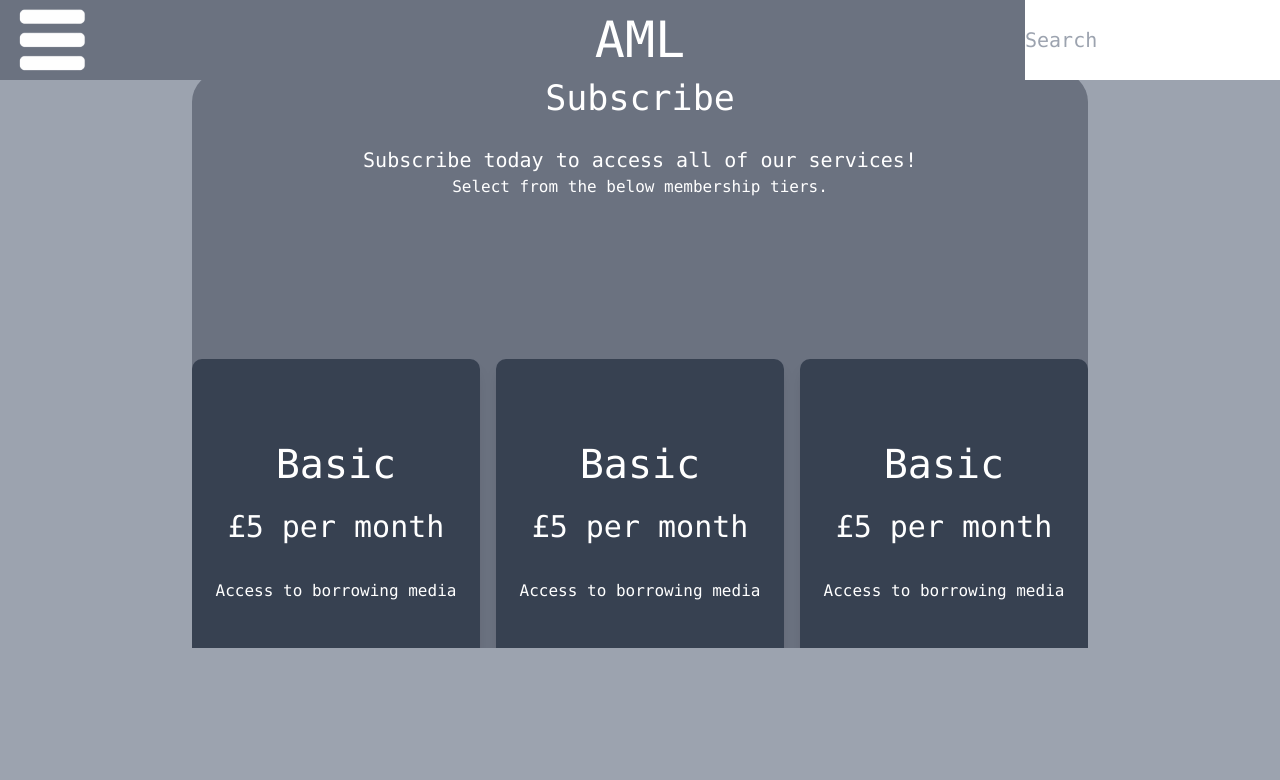
Repository: DuyKhanhDo/AML-Concept
Page: http://localhost/subscribe
An editor plug-in stored every save of this project. The page is shown before and after the next save, followed by the edit.
The browser window is 1280 px wide. The pictures show the whole page.
Some web libraries are served in a nearby version. The page is served by the project's Laravel application, run on PHP 8.4 with Laravel 12. A made-up administrator, Test User (test@example.com), is signed in.

Above is the page before, as saved 2024-11-11 13:03:02.

After the next save:
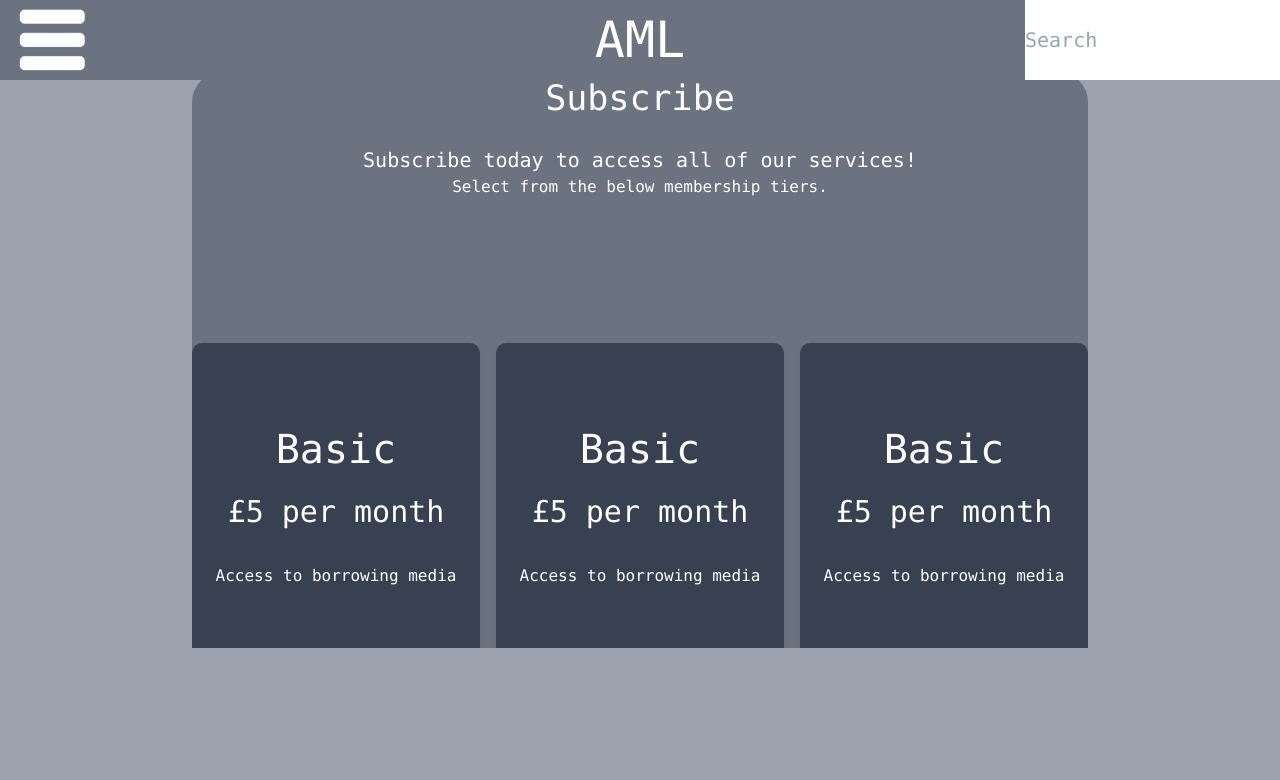
Saved 15 s later.
--- a/resources/views/subscribe.blade.php
+++ b/resources/views/subscribe.blade.php
@@ -5,7 +5,7 @@
                 <h1 class="text-[35px]">Subscribe</h1>
                 <h3 class="text-[20px] mt-[20px]">Subscribe today to access all of our services!</h3>
                 <h5>Select from the below membership tiers.</h5>
-                <div class="flex overflow-x-auto w-full space-x-4">
+                <div class="flex overflow-x-auto w-full space-x-4 items-center">
                     <x-subscription-tier tier='Basic' price='£5' benefits='Access to borrowing media'></x-subscription-tier>
                     <x-subscription-tier tier='Basic' price='£5' benefits='Access to borrowing media'></x-subscription-tier>
                     <x-subscription-tier tier='Basic' price='£5' benefits='Access to borrowing media'></x-subscription-tier>

After the save that followed:
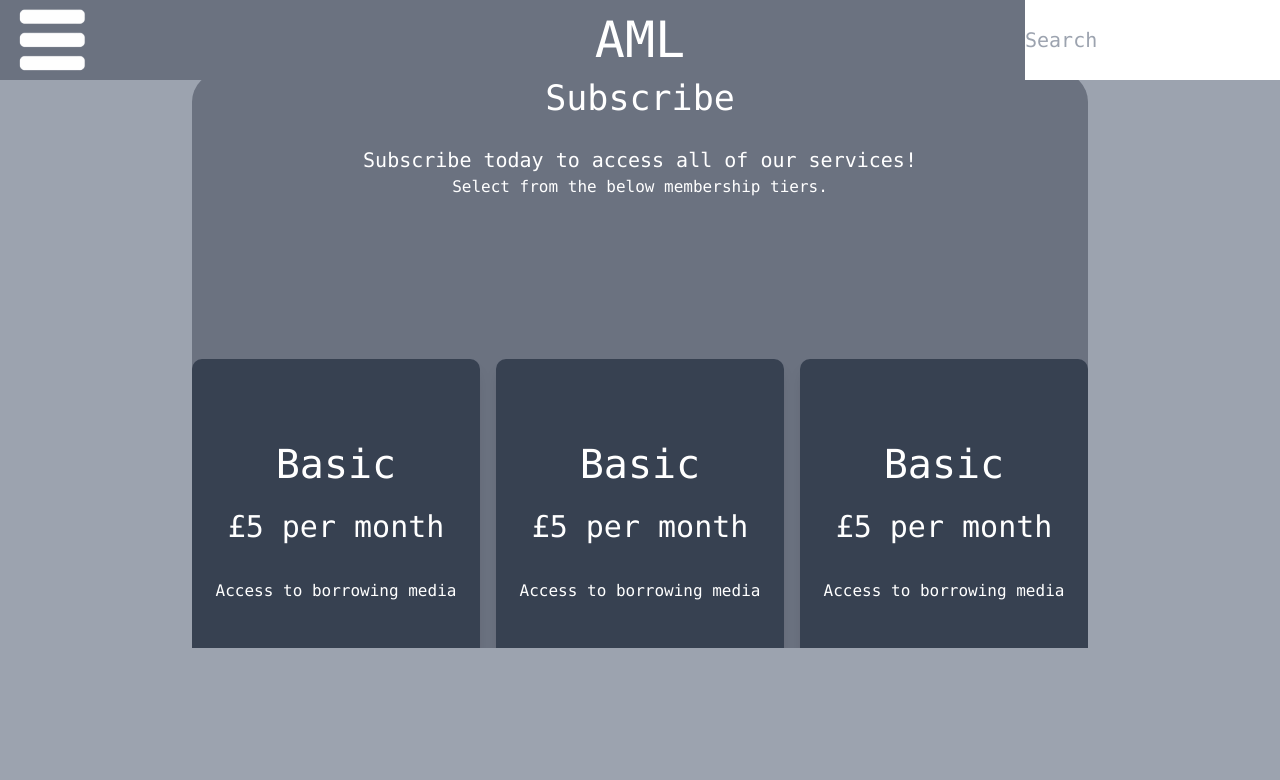
Saved 8 s later.
--- a/resources/views/subscribe.blade.php
+++ b/resources/views/subscribe.blade.php
@@ -5,7 +5,7 @@
                 <h1 class="text-[35px]">Subscribe</h1>
                 <h3 class="text-[20px] mt-[20px]">Subscribe today to access all of our services!</h3>
                 <h5>Select from the below membership tiers.</h5>
-                <div class="flex overflow-x-auto w-full space-x-4 items-center">
+                <div class="flex overflow-x-auto w-full space-x-4 justify-center">
                     <x-subscription-tier tier='Basic' price='£5' benefits='Access to borrowing media'></x-subscription-tier>
                     <x-subscription-tier tier='Basic' price='£5' benefits='Access to borrowing media'></x-subscription-tier>
                     <x-subscription-tier tier='Basic' price='£5' benefits='Access to borrowing media'></x-subscription-tier>
